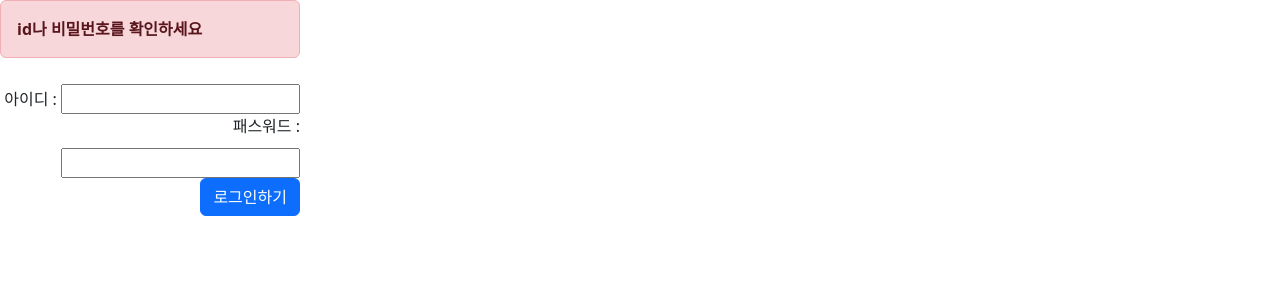
Repository: cheez0909/JSP
Page: http://localhost/1103/session/LoginProcess.jsp
The author's editor kept a copy of each file at every save. The page is drawn from the files as they stood at one save, then again after the next save.
The browser window is 1280 px wide. The pictures show the whole page.
The page is served by Tomcat 9. Queries for data that is not in the repository find no rows.

Above is the page before, as saved 2023-11-08 06:09:42.

After the next save:
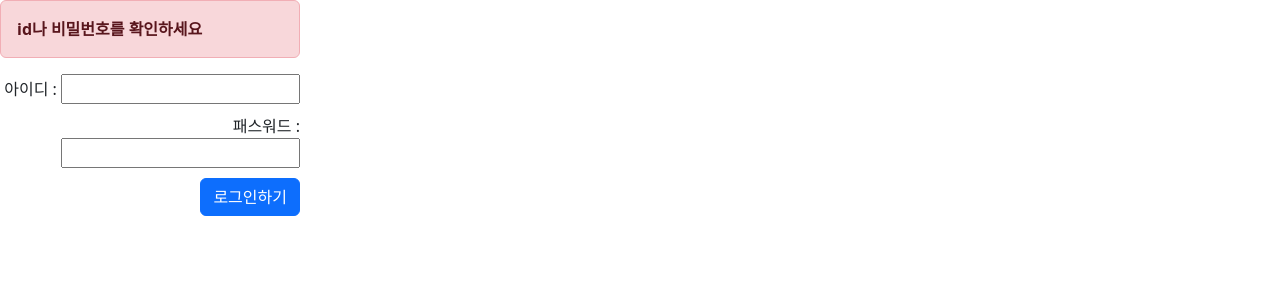
Saved 10 s later.
--- a/1103/src/main/webapp/session/loginForm.jsp
+++ b/1103/src/main/webapp/session/loginForm.jsp
@@ -21,7 +21,7 @@ height: 450px;
 }
 
 input {
-margin-top : 10px;
+margin-bottom : 10px;
 }
 </style>
 <body>
